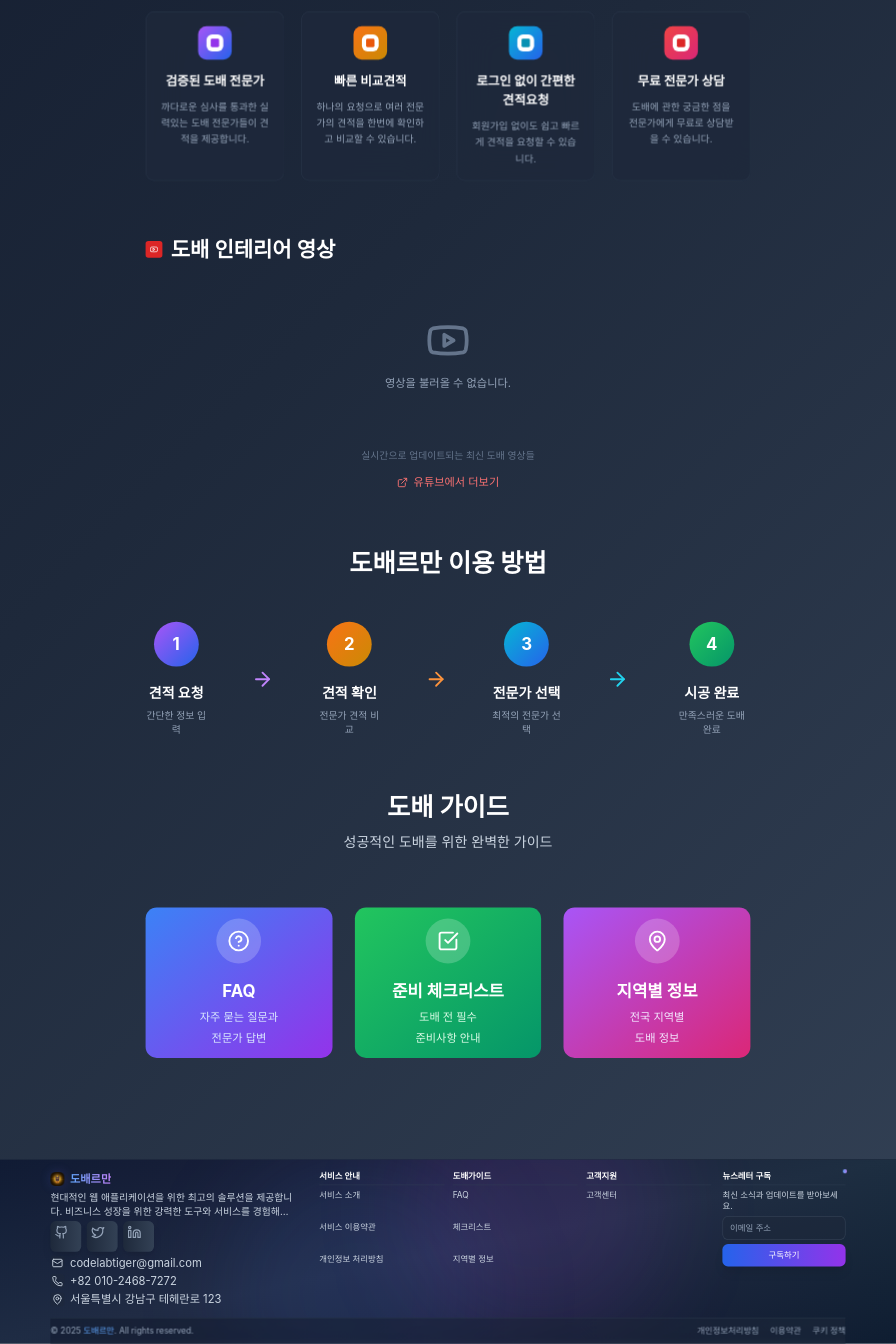
Repository: rambozzang/doberman_nextjs
Page: /
An editor plug-in stored every save of this project. The page is shown before and after the next save, followed by the edit.
The browser window is 1280 px wide. The pictures show the part of the page from y = 1345 to 3265 px (the page is 3265 px tall), at 70% of full size.
The page's requests for data from a server got no answer. The project was rebuilt for these pictures with package versions that can differ from the ones it lists, and the page was loaded fresh each time. The framework's server and built-in components were replaced by stand-ins that run in the browser. No one was signed in, and anything a server would have sent is missing. Also part of the build but not shown: next.config.mjs, next.config.ts, src/components/AutoLogoutWarning.tsx, src/components/ForgotPasswordModal.tsx, src/components/LoginModal.tsx, src/components/RegisterModal.tsx.

Above is the page before, as saved 2025-06-28 02:23:40.

### src/components/Footer.tsx
"use client";

import React, { useState } from "react";
import Link from "next/link";
import { motion, AnimatePresence } from "framer-motion";
import { Github, Twitter, Linkedin, Mail, Phone, MapPin, ChevronDown } from "lucide-react";

import Image from "next/image";

interface FooterLink {
  title: string;
  href: string;
}

interface FooterSection {
  title: string;
  links: FooterLink[];
}

interface SocialLink {
  name: string;
  href: string;
  icon: React.ReactNode;
}

interface FooterProps {
  logo?: string;
  description?: string;
  sections?: FooterSection[];
  socialLinks?: SocialLink[];
  contactInfo?: {
    email?: string;
    phone?: string;
    address?: string;
  };
  showNewsletter?: boolean;
}

const defaultSections: FooterSection[] = [
  {
    title: "서비스 안내",
    links: [
      { title: "서비스 소개", href: "/service-intro" },
      { title: "서비스 이용약관", href: "/terms-of-service" },
      { title: "개인정보 처리방침", href: "/privacy-policy" },
    ],
  },
  {
    title: "도배가이드",
    links: [
      { title: "FAQ", href: "/faq" },
      { title: "체크리스트", href: "/checklist" },
      { title: "지역별 정보", href: "/regional-guide" },
    ],
  },
  {
    title: "고객지원",
    links: [{ title: "고객센터", href: "/customer-support" }],
  },
];

const defaultSocialLinks: SocialLink[] = [
  {
    name: "GitHub",
    href: "https://github.com",
    icon: <Github className="w-5 h-5" />,
  },
  {
    name: "Twitter",
    href: "https://twitter.com",
    icon: <Twitter className="w-5 h-5" />,
  },
  {
    name: "LinkedIn",
    href: "https://linkedin.com",
    icon: <Linkedin className="w-5 h-5" />,
  },
];

const Footer: React.FC<FooterProps> = ({
  logo = "도배르만",
  description = "현대적인 웹 애플리케이션을 위한 최고의 솔루션을 제공합니다. 비즈니스 성장을 위한 강력한 도구와 서비스를 경험해보세요.",
  sections = defaultSections,
  socialLinks = defaultSocialLinks,
  contactInfo = {
    email: "codelabtiger@gmail.com",
    phone: "+82 010-2468-7272",
    address: "서울특별시 강남구 테헤란로 123",
  },
  showNewsletter = true,
}) => {
  // 모바일 아코디언 상태 관리
  const [expandedSections, setExpandedSections] = useState<Record<string, boolean>>({});

  // 아코디언 토글 함수
  const toggleSection = (sectionTitle: string) => {
    setExpandedSections(prev => ({
      ...prev,
      [sectionTitle]: !prev[sectionTitle]
    }));
  };

  const handleNewsletterSubmit = (e: React.FormEvent) => {
    e.preventDefault();
    // 뉴스레터 구독 로직
    console.log("뉴스레터 구독");
  };

  return (
    <footer className="relative bg-gradient-to-br from-slate-900 via-slate-800 to-slate-900 border-t border-slate-700/50 overflow-hidden">
      {/* Background Effects */}
      <div className="absolute inset-0 bg-gradient-to-r from-blue-600/5 via-purple-600/5 to-cyan-600/5"></div>
      <div className="absolute top-0 left-1/4 w-96 h-96 bg-blue-500/10 rounded-full blur-3xl"></div>
      <div className="absolute bottom-0 right-1/4 w-96 h-96 bg-purple-500/10 rounded-full blur-3xl"></div>

      <div className="relative container mx-auto px-4 sm:px-6 lg:px-8">
        {/* Main Footer Content */}
        <div className="py-3 sm:py-4 lg:py-4">
          <div className="grid grid-cols-1 md:grid-cols-2 lg:grid-cols-12 gap-2 sm:gap-3 lg:gap-4">
            {/* Company Info */}
            <div className="md:col-span-2 lg:col-span-4 space-y-1 sm:space-y-2 lg:space-y-1">
              <motion.div
                initial={{ opacity: 0, y: 20 }}
                whileInView={{ opacity: 1, y: 0 }}
                transition={{ duration: 0.5 }}
                viewport={{ once: true }}
              >
                <Link href="/" className="flex items-center space-x-2 mb-1 sm:mb-2 lg:mb-1 group">
                  <div className="relative">
                    <div className="absolute inset-0 bg-gradient-to-r from-blue-500 to-purple-500 rounded-lg blur opacity-20 group-hover:opacity-40 transition-opacity"></div>
                    <Image src="/logo.png" alt="logo" width={20} height={20} className="relative sm:w-6 sm:h-6 lg:w-5 lg:h-5" />
                  </div>
                  <span className="text-base sm:text-lg lg:text-base font-bold bg-gradient-to-r from-blue-400 to-purple-400 bg-clip-text text-transparent">{logo}</span>
                </Link>
                <p className="text-slate-300 text-sm sm:text-base lg:text-sm leading-snug pr-4 line-clamp-2">
                  {description}
                </p>
              </motion.div>

              {/* Social Links */}
              <motion.div
                initial={{ opacity: 0, y: 20 }}
                whileInView={{ opacity: 1, y: 0 }}
                transition={{ duration: 0.5, delay: 0.1 }}
                viewport={{ once: true }}
                className="flex space-x-2 sm:space-x-3 lg:space-x-2"
              >
                {socialLinks.map((social) => (
                  <motion.a
                    key={social.name}
                    href={social.href}
                    target="_blank"
                    rel="noopener noreferrer"
                    whileHover={{ scale: 1.1, y: -2 }}
                    whileTap={{ scale: 0.95 }}
                    className="relative p-1.5 sm:p-2 lg:p-1.5 rounded-lg bg-gradient-to-r from-slate-800 to-slate-700 text-slate-400 hover:text-white hover:from-blue-600 hover:to-purple-600 transition-all duration-300 shadow-lg hover:shadow-xl touch-target group"
                    aria-label={social.name}
                  >
                    <div className="absolute inset-0 bg-gradient-to-r from-blue-600 to-purple-600 rounded-lg opacity-0 group-hover:opacity-20 transition-opacity"></div>
                    <div className="relative w-3 h-3 sm:w-4 sm:h-4 lg:w-3 lg:h-3">
                      {social.icon}
                    </div>
                  </motion.a>
                ))}
              </motion.div>

              {/* Contact Info */}
              {contactInfo && (
                <motion.div
                  initial={{ opacity: 0, y: 20 }}
                  whileInView={{ opacity: 1, y: 0 }}
                  transition={{ duration: 0.5, delay: 0.2 }}
                  viewport={{ once: true }}
                  className="space-y-0.5 sm:space-y-1 lg:space-y-0.5"
                >
                  {contactInfo.email && (
                    <div className="flex items-center space-x-1.5 sm:space-x-2 text-sm sm:text-base text-slate-300 hover:text-blue-400 transition-colors">
                      <div className="p-0.5 rounded bg-slate-800/50">
                        <Mail className="w-3 h-3 sm:w-4 sm:h-4 flex-shrink-0" />
                      </div>
                      <span className="break-all">{contactInfo.email}</span>
                    </div>
                  )}
                  {contactInfo.phone && (
                    <div className="flex items-center space-x-1.5 sm:space-x-2 text-sm sm:text-base text-slate-300 hover:text-blue-400 transition-colors">
                      <div className="p-0.5 rounded bg-slate-800/50">
                        <Phone className="w-3 h-3 sm:w-4 sm:h-4 flex-shrink-0" />
                      </div>
                      <span>{contactInfo.phone}</span>
                    </div>
                  )}
                  {contactInfo.address && (
                    <div className="flex items-start space-x-1.5 sm:space-x-2 text-sm sm:text-base text-slate-300 hover:text-blue-400 transition-colors">
                      <div className="p-0.5 rounded bg-slate-800/50 mt-0.5">
                        <MapPin className="w-3 h-3 sm:w-4 sm:h-4 flex-shrink-0" />
                      </div>
                      <span className="leading-snug">{contactInfo.address}</span>
                    </div>
                  )}
                </motion.div>
              )}
            </div>

            {/* Footer Links */}
            <div className="md:col-span-2 lg:col-span-6">
              {/* 데스크톱 버전 - 기존 그리드 */}
              <div className="hidden md:grid grid-cols-3 gap-2 sm:gap-3 lg:gap-3">
                {sections.map((section, index) => (
                  <motion.div
                    key={section.title}
                    initial={{ opacity: 0, y: 20 }}
                    whileInView={{ opacity: 1, y: 0 }}
                    transition={{ duration: 0.5, delay: index * 0.1 }}
                    viewport={{ once: true }}
                    className="space-y-1 sm:space-y-1.5 lg:space-y-1"
                  >
                    <h3 className="text-xs sm:text-sm lg:text-xs font-semibold text-white border-b border-slate-700/50 pb-1">
                      {section.title}
                    </h3>
                    <ul className="space-y-0.5 sm:space-y-1 lg:space-y-0.5">
                      {section.links.map((link) => (
                        <li key={link.title}>
                          <Link
                            href={link.href}
                            className="text-xs sm:text-sm lg:text-xs text-slate-300 hover:text-blue-400 hover:translate-x-1 transition-all duration-200 block py-0.5 lg:py-0.5 touch-target group"
                          >
                            <span className="relative">
                              {link.title}
                              <span className="absolute bottom-0 left-0 w-0 h-px bg-gradient-to-r from-blue-400 to-purple-400 group-hover:w-full transition-all duration-300"></span>
                            </span>
                          </Link>
                        </li>
                      ))}
                    </ul>
                  </motion.div>
                ))}
              </div>

              {/* 모바일 버전 - 아코디언 */}
              <div className="md:hidden space-y-1">
                {sections.map((section, index) => (
                  <motion.div
                    key={section.title}
                    initial={{ opacity: 0, y: 20 }}
                    whileInView={{ opacity: 1, y: 0 }}
                    transition={{ duration: 0.5, delay: index * 0.1 }}
                    viewport={{ once: true }}
                    className="border border-slate-600/30 rounded-lg bg-gradient-to-r from-slate-800/40 to-slate-700/40 backdrop-blur-sm overflow-hidden shadow-lg"
                  >
                    {/* 아코디언 헤더 */}
                    <button
                      onClick={() => toggleSection(section.title)}
                      className="w-full flex items-center justify-between p-2.5 text-left hover:bg-slate-700/30 transition-all duration-200 touch-target group"
                    >
                      <h3 className="text-xs font-semibold text-white group-hover:text-blue-400 transition-colors">
                        {section.title}
                      </h3>
                      <motion.div
                        animate={{ rotate: expandedSections[section.title] ? 180 : 0 }}
                        transition={{ duration: 0.2 }}
                        className="text-slate-400 group-hover:text-blue-400 transition-colors"
                      >
                        <ChevronDown className="w-3 h-3" />
                      </motion.div>
                    </button>

                    {/* 아코디언 컨텐츠 */}
                    <AnimatePresence>
                      {expandedSections[section.title] && (
                        <motion.div
                          initial={{ height: 0, opacity: 0 }}
                          animate={{ height: "auto", opacity: 1 }}
                          exit={{ height: 0, opacity: 0 }}
                          transition={{ duration: 0.3, ease: "easeInOut" }}
                          className="overflow-hidden"
                        >
                          <div className="px-2.5 pb-2.5 border-t border-slate-600/30 bg-gradient-to-b from-transparent to-slate-800/20">
                            <ul className="space-y-0.5 pt-2">
                              {section.links.map((link) => (
                                <motion.li
                                  key={link.title}
                                  initial={{ opacity: 0, x: -10 }}
                                  animate={{ opacity: 1, x: 0 }}
                                  transition={{ duration: 0.2 }}
                                >
                                  <Link
                                    href={link.href}
                                    className="text-xs text-slate-300 hover:text-blue-400 hover:translate-x-1 transition-all duration-200 block py-1 px-2 rounded hover:bg-slate-700/30 touch-target group"
                                  >
                                    <span className="relative">
                                      {link.title}
                                      <span className="absolute bottom-0 left-0 w-0 h-px bg-gradient-to-r from-blue-400 to-purple-400 group-hover:w-full transition-all duration-300"></span>
                                    </span>
                                  </Link>
                                </motion.li>
                              ))}
                            </ul>
                          </div>
                        </motion.div>
                      )}
                    </AnimatePresence>
                  </motion.div>
                ))}
              </div>
            </div>

            {/* Newsletter */}
            {showNewsletter && (
              <div className="md:col-span-2 lg:col-span-2">
                <motion.div
                  initial={{ opacity: 0, y: 20 }}
                  whileInView={{ opacity: 1, y: 0 }}
                  transition={{ duration: 0.5, delay: 0.3 }}
                  viewport={{ once: true }}
                  className="space-y-1.5 lg:space-y-1.5"
                >
                  <div className="relative">
                    <h3 className="text-xs sm:text-sm lg:text-xs font-semibold text-white border-b border-slate-700/50 pb-1">
                      뉴스레터 구독
                    </h3>
                    <div className="absolute -top-0.5 -right-0.5 w-1.5 h-1.5 bg-gradient-to-r from-blue-400 to-purple-400 rounded-full animate-pulse"></div>
                  </div>
                  <p className="text-xs sm:text-sm lg:text-xs text-slate-300">
                    최신 소식과 업데이트를 받아보세요.
                  </p>
                  <form onSubmit={handleNewsletterSubmit} className="space-y-1.5 lg:space-y-1.5">
                    <div className="relative">
                      <input
                        type="email"
                        placeholder="이메일 주소"
                        className="w-full px-2.5 py-1.5 lg:px-2.5 lg:py-2 text-xs lg:text-xs bg-slate-800/50 border border-slate-600/50 rounded-lg focus:outline-none focus:ring-2 focus:ring-blue-500 focus:border-transparent text-white placeholder-slate-400 transition-all duration-200"
                        required
                      />
                      <div className="absolute inset-0 bg-gradient-to-r from-blue-600/20 to-purple-600/20 rounded-lg opacity-0 focus-within:opacity-100 transition-opacity pointer-events-none"></div>
                    </div>
                    <motion.button
                      type="submit"
                      whileHover={{ scale: 1.02 }}
                      whileTap={{ scale: 0.98 }}
                      className="w-full px-2.5 py-1.5 lg:px-2.5 lg:py-2 text-xs lg:text-xs bg-gradient-to-r from-blue-600 to-purple-600 text-white rounded-lg hover:from-blue-700 hover:to-purple-700 transition-all duration-200 shadow-lg hover:shadow-xl font-medium"
                    >
                      구독하기
                    </motion.button>
                  </form>
                </motion.div>
              </div>
            )}
          </div>
        </div>

        {/* Bottom Bar */}
        <motion.div
          initial={{ opacity: 0 }}
          whileInView={{ opacity: 1 }}
          transition={{ duration: 0.5, delay: 0.4 }}
          viewport={{ once: true }}
          className="py-2 lg:py-2.5 border-t border-slate-700/50 bg-gradient-to-r from-slate-900/50 to-slate-800/50 backdrop-blur-sm"
        >
          <div className="flex flex-col md:flex-row justify-between items-center space-y-1 md:space-y-0">
            <div className="text-xs sm:text-sm lg:text-xs text-slate-400">
              © {new Date().getFullYear()} <span className="text-blue-400 font-medium">{logo}</span>. All rights reserved.
            </div>
            <div className="flex space-x-3 lg:space-x-4">
              <Link
                href="/privacy"
                className="text-xs sm:text-sm lg:text-xs text-slate-400 hover:text-blue-400 transition-colors relative group"
              >
                개인정보처리방침
                <span className="absolute bottom-0 left-0 w-0 h-px bg-gradient-to-r from-blue-400 to-purple-400 group-hover:w-full transition-all duration-300"></span>
              </Link>
              <Link
                href="/terms"
                className="text-xs sm:text-sm lg:text-xs text-slate-400 hover:text-blue-400 transition-colors relative group"
              >
                이용약관
                <span className="absolute bottom-0 left-0 w-0 h-px bg-gradient-to-r from-blue-400 to-purple-400 group-hover:w-full transition-all duration-300"></span>
              </Link>
              <Link
                href="/cookies"
                className="text-xs sm:text-sm lg:text-xs text-slate-400 hover:text-blue-400 transition-colors relative group"
              >
                쿠키 정책
                <span className="absolute bottom-0 left-0 w-0 h-px bg-gradient-to-r from-blue-400 to-purple-400 group-hover:w-full transition-all duration-300"></span>
              </Link>
            </div>
          </div>
        </motion.div>
      </div>
    </footer>
  );
};

export default Footer;

Loaded but not shown: tailwind.config.js (145 lines, source omitted); src/app/page.tsx (898 lines, source omitted); src/components/Header.tsx (549 lines, source omitted); src/app/globals.css (891 lines, source omitted); src/lib/api.ts (171 lines, source omitted); src/services/authService.ts (116 lines, source omitted); src/hooks/useAutoLogout.ts (132 lines, source omitted); src/providers/AuthProvider.tsx (116 lines, source omitted); src/lib/auth.ts (99 lines, source omitted); src/store/useStore.ts (38 lines, source omitted); src/components/AdSense.tsx (41 lines, source omitted); src/providers/GlobalProvider.tsx (33 lines, source omitted); src/providers/QueryProvider.tsx (25 lines, source omitted); src/services/youtubeService.ts (9 lines, source omitted); src/app/layout.tsx (264 lines, source omitted)

After the next save:
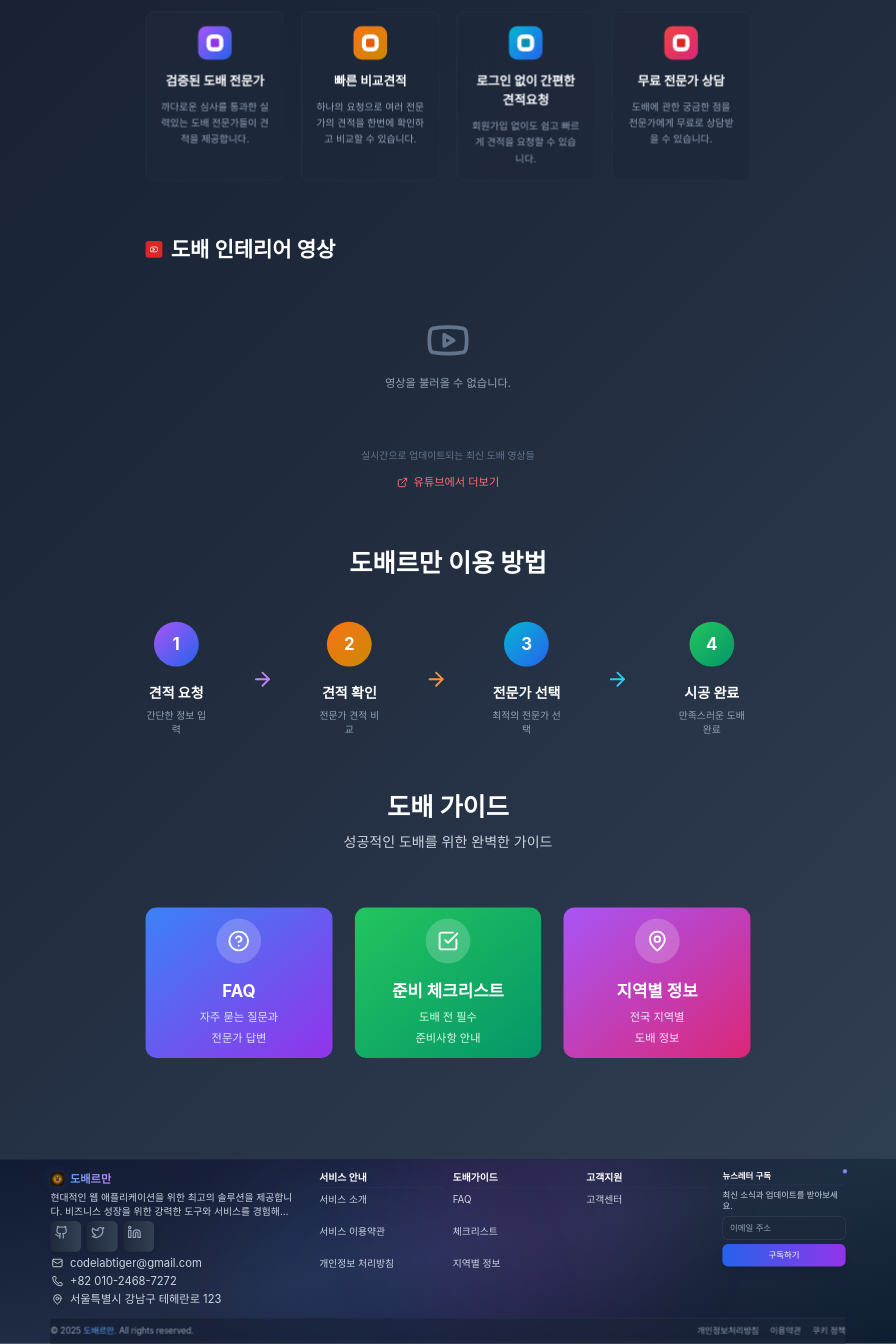
Saved 19 s later.
--- a/src/components/Footer.tsx
+++ b/src/components/Footer.tsx
@@ -214,7 +214,7 @@ const Footer: React.FC<FooterProps> = ({
                     viewport={{ once: true }}
                     className="space-y-1 sm:space-y-1.5 lg:space-y-1"
                   >
-                    <h3 className="text-xs sm:text-sm lg:text-xs font-semibold text-white border-b border-slate-700/50 pb-1">
+                    <h3 className="text-sm sm:text-base lg:text-sm font-semibold text-white border-b border-slate-700/50 pb-1">
                       {section.title}
                     </h3>
                     <ul className="space-y-0.5 sm:space-y-1 lg:space-y-0.5">
@@ -222,7 +222,7 @@ const Footer: React.FC<FooterProps> = ({
                         <li key={link.title}>
                           <Link
                             href={link.href}
-                            className="text-xs sm:text-sm lg:text-xs text-slate-300 hover:text-blue-400 hover:translate-x-1 transition-all duration-200 block py-0.5 lg:py-0.5 touch-target group"
+                            className="text-sm sm:text-base lg:text-sm text-slate-300 hover:text-blue-400 hover:translate-x-1 transition-all duration-200 block py-0.5 lg:py-0.5 touch-target group"
                           >
                             <span className="relative">
                               {link.title}
